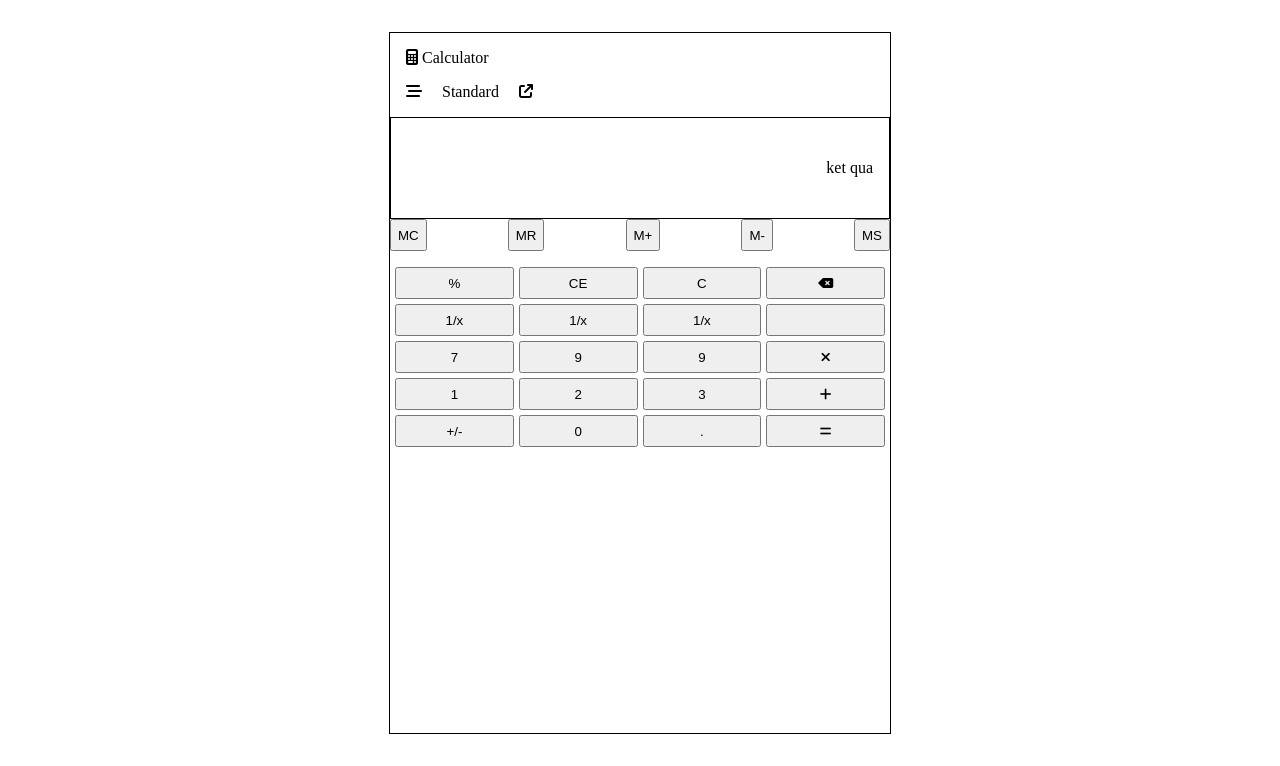
Repository: tungts3qb/Javascript
Page: Calculator/Calculator.html
These files come from the project's save history. The page is drawn as it stood at one moment and after the next save; the edit follows.
The browser window is 1280 px wide. The pictures show the whole page.

Above is the page before, as saved 2022-12-26 16:54:14.

After the next save:
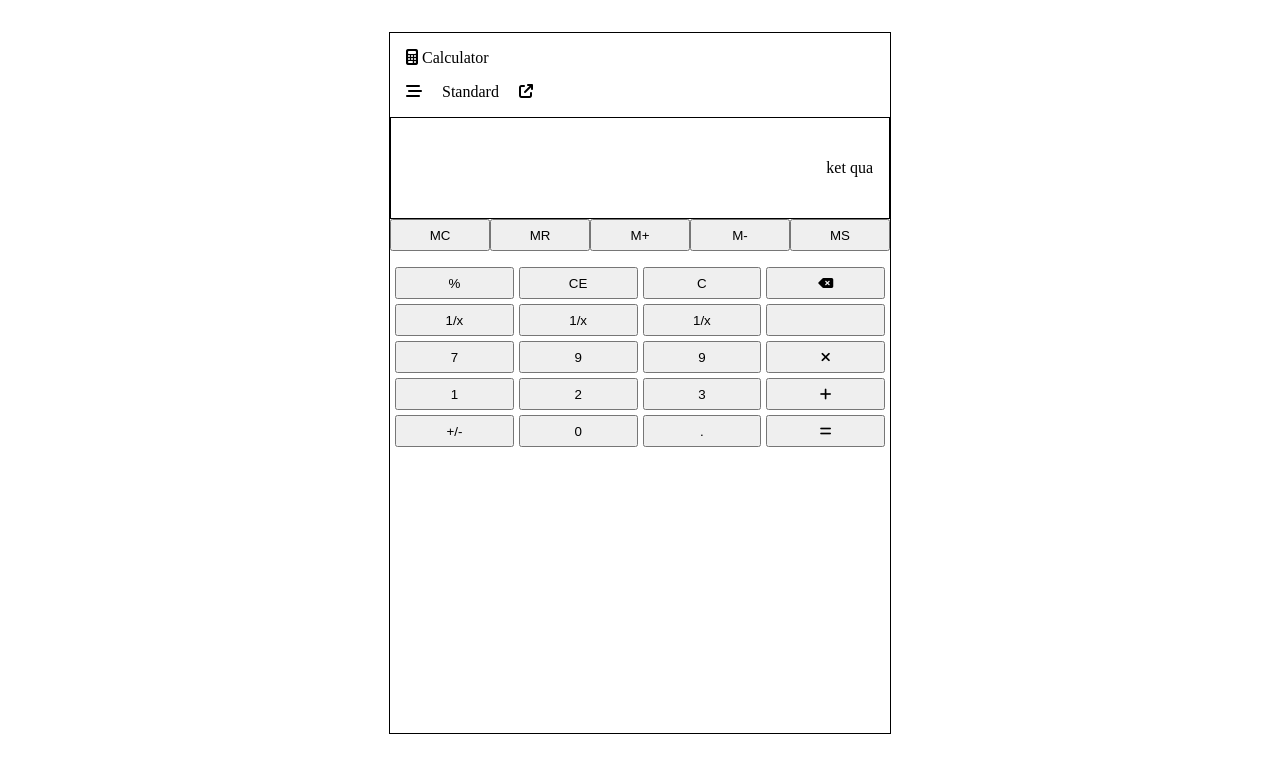
Saved 16 s later.
--- a/Calculator/style.css
+++ b/Calculator/style.css
@@ -47,6 +47,7 @@
 
 .calculator-special-function li {
   height: 2rem;
+  width: calc(100% / 4);
 }
 
 .btn-special-fun {

After the save that followed:
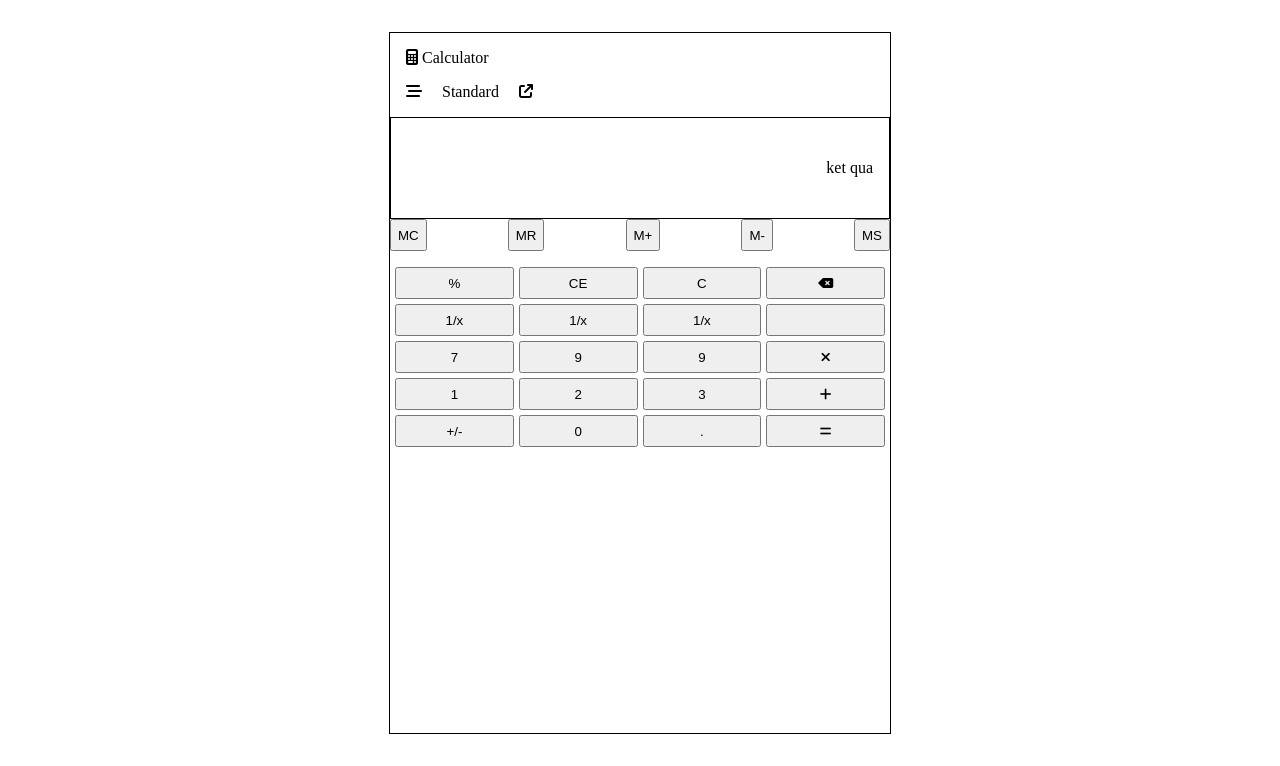
Saved 24 s later.
--- a/Calculator/style.css
+++ b/Calculator/style.css
@@ -47,7 +47,7 @@
 
 .calculator-special-function li {
   height: 2rem;
-  width: calc(100% / 4);
+  width: calc((100% / 4)-10px);
 }
 
 .btn-special-fun {
